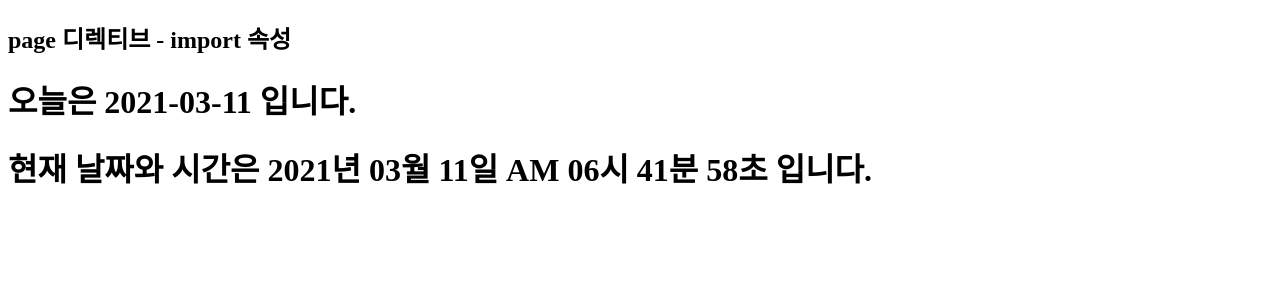
Repository: WK508/WK508---20201214_Webhosting
Page: http://localhost/Directive0312/import.jsp
The author's editor kept a copy of each file at every save. The page is drawn from the files as they stood at one save, then again after the next save.
The browser window is 1280 px wide. The pictures show the whole page.
The page is served by Tomcat 9.

Above is the page before, as saved 2021-03-12 01:31:30.

### 20210312/JSP/Directive0312/WebContent/import.jsp
<%@ page language="java" contentType="text/html; charset=utf-8"
    pageEncoding="utf-8"%>
    <%@ page import = "java.sql.Timestamp" %>
    <%@ page import = "java.util.Date" %>
    <%@ page import = "java.text.SimpleDateFormat" %>

<!DOCTYPE html>
<html>
<head>
<meta charset="utf-8">
<title>Directive import 속성</title>
</head>
<body>
   <h2>page 디렉티브 - import 속성</h2>

   <%
       Timestamp now = new Timestamp(System.currentTimeMillis());
       SimpleDateFormat format = new SimpleDateFormat("yyyy-MM-dd");
       String strDate = format.format(now);

       Date nowTime = new Date();
       SimpleDateFormat date = new SimpleDateFormat("yyyy년 MM월 dd일 a hh시 mm분 ss초");
   %>

   <h1>오늘은 <%=strDate %> 입니다.</h1>
   <h1>현재 날짜와 시간은 <%=date.format(nowTime) %> 입니다.</h1>
</body>
</html>

After the next save:
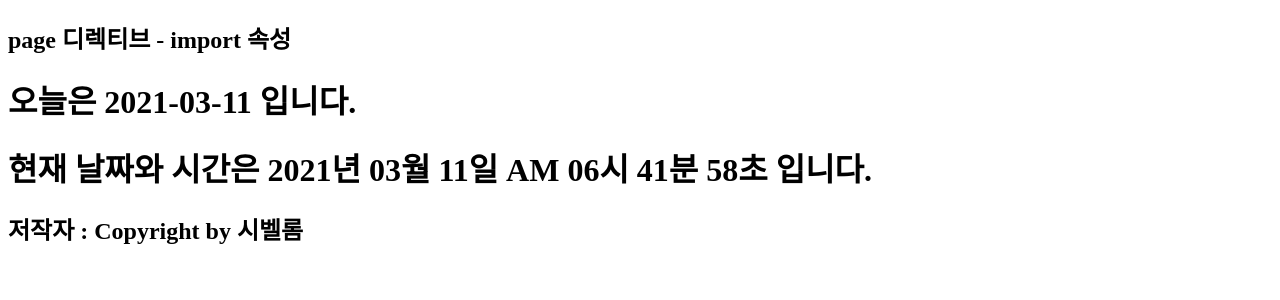
Saved 9 min 53 s later.
--- a/20210312/JSP/Directive0312/WebContent/import.jsp
+++ b/20210312/JSP/Directive0312/WebContent/import.jsp
@@ -3,7 +3,7 @@
     <%@ page import = "java.sql.Timestamp" %>
     <%@ page import = "java.util.Date" %>
     <%@ page import = "java.text.SimpleDateFormat" %>
-
+    <%@ page info="Copyright by 시벨롬" %>
 <!DOCTYPE html>
 <html>
 <head>
@@ -24,5 +24,6 @@
 
    <h1>오늘은 <%=strDate %> 입니다.</h1>
    <h1>현재 날짜와 시간은 <%=date.format(nowTime) %> 입니다.</h1>
+   <h2>저작자 : <%=getServletInfo() %></h2>
 </body>
 </html>
